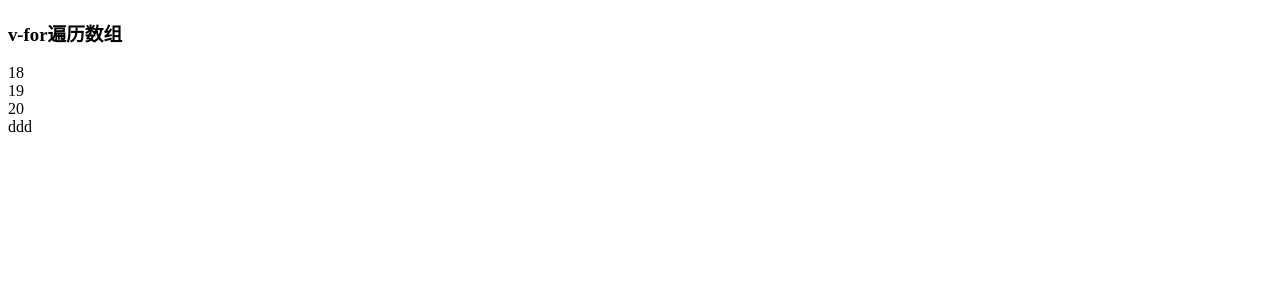
Repository: Gin1217/vueNotes
Page: firstVUE/HTML/template.html
The author's editor kept a copy of each file at every save. The page is drawn from the files as they stood at one save, then again after the next save.
The browser window is 1280 px wide. The pictures show the whole page.

Above is the page before, as saved 2021-03-19 08:59:51.

After the next save:
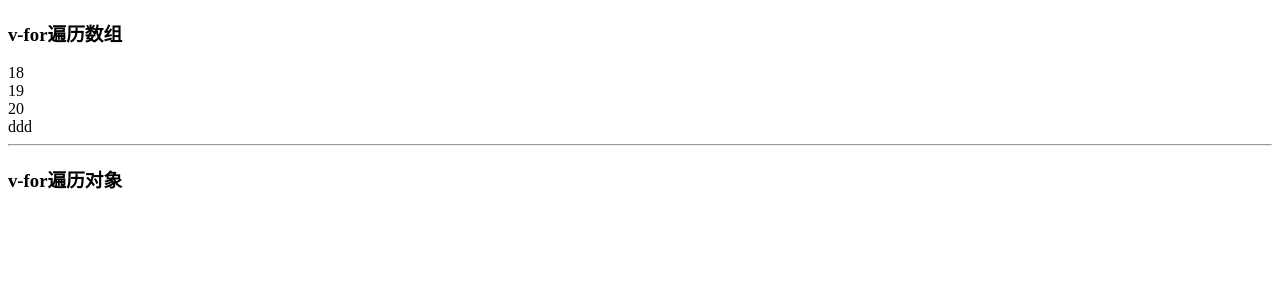
Saved 4 min 38 s later.
--- a/firstVUE/HTML/template.html
+++ b/firstVUE/HTML/template.html
@@ -9,6 +9,7 @@
 </head>
 
 </head>
+
 <body>
     <div id="app" class="box">
         <h3>v-for遍历数组</h3>
@@ -16,6 +17,16 @@
             <div v-if="item.age >20">{{ item.name}}</div>
             <div v-else="item.age >20">{{ item.age}}</div>
         </template>
+
+        <hr>
+        <h3>v-for遍历对象</h3>
+        <ul>
+            <li v-for="(value,key) in students">{{key}} -------{{value}}</li>
+        </ul>
+
+
+
+
     </div>
     <!-- <script src="../js/vue.js"> -->
     <!-- 开发环境版本，包含了有帮助的命令行警告,从CDN引入 -->
@@ -25,12 +36,18 @@
             el: '#app',
             data: {
                 persons: [
-                    {name: 'aaa',age:18},
-                    {name: 'bbb',age:19},
-                    {name: 'ccc',age:20},
-                    {name: 'ddd',age:21},
+                    { name: 'aaa', age: 18 },
+                    { name: 'bbb', age: 19 },
+                    { name: 'ccc', age: 20 },
+                    { name: 'ddd', age: 21 },
                 ]
             },
+            students: {
+                name: 'aba',
+                age: 20,
+                gender: 'male,'
+            },
+
             methods: {
 
             }
